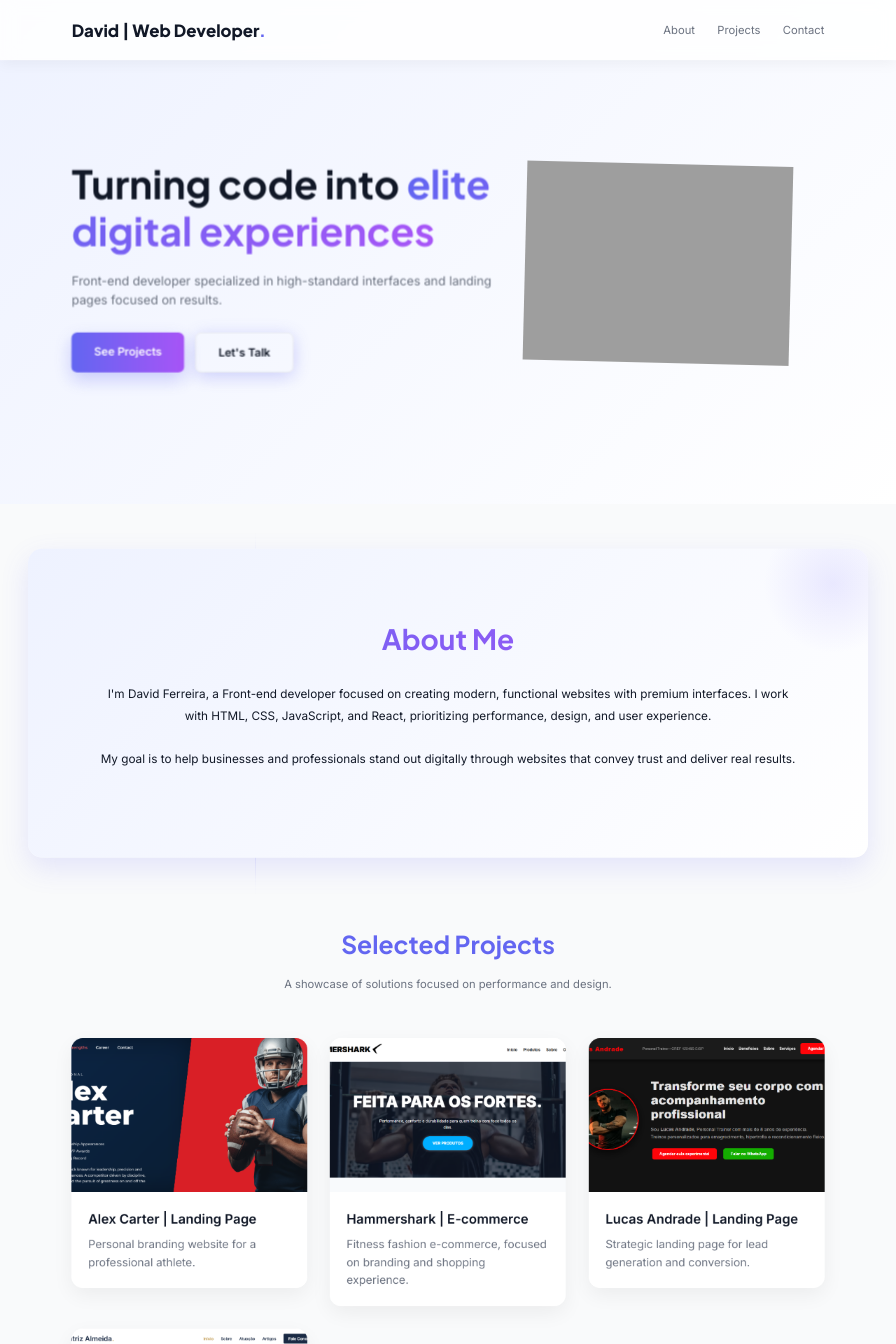
Repository: davidfsillva/portifolio
Page: index.html
The author's editor kept a copy of each file at every save. The page is drawn from the files as they stood at one save, then again after a run of saves.
The browser window is 1280 px wide. The pictures show the part of the page from y = 0 to 1920 px (the page is 2903 px tall), at 70% of full size.
Pictures or frames that could not be fetched are drawn as grey boxes.

Above is the page before, as saved 2026-02-11 15:57:07.
Console error: TypeError: Cannot read properties of null (reading 'addEventListener')

### index.html
<!DOCTYPE html>
<html lang="en">
<head>
    <meta charset="UTF-8">
    <meta name="viewport" content="width=device-width, initial-scale=1.0">

    <title>David Ferreira | Front-end Developer & Premium UI Designer</title>

    <!-- Primary SEO -->
    <meta name="description" content="David Ferreira is a front-end developer specialized in premium interfaces, high-conversion landing pages, and modern digital experiences.">
    <meta name="keywords" content="Front-end Developer, Web Designer, UI Designer, Landing Page, Web Development, Freelancer Brazil">
    <meta name="author" content="David Ferreira">
    <meta name="robots" content="index, follow">
    <link rel="canonical" href="https://yourdomain.com/">

    <!-- Open Graph (Facebook, LinkedIn) -->
    <meta property="og:title" content="David Ferreira | Premium Front-end Developer">
    <meta property="og:description" content="High-standard digital interfaces focused on performance and conversion.">
    <meta property="og:image" content="https://yourdomain.com/preview.jpg">
    <meta property="og:url" content="https://yourdomain.com/">
    <meta property="og:type" content="website">

    <!-- Twitter Card -->
    <meta name="twitter:card" content="summary_large_image">
    <meta name="twitter:title" content="David Ferreira | Web Developer">
    <meta name="twitter:description" content="Premium web development focused on performance and modern design.">
    <meta name="twitter:image" content="https://yourdomain.com/preview.jpg">

    <!-- Favicon -->
    <link rel="icon" href="favicon.ico" type="image/x-icon">

    <!-- Fonts -->
    <link href="https://fonts.googleapis.com/css2?family=Inter:wght@300;400;600&family=Plus+Jakarta+Sans:wght@700;800&display=swap" rel="stylesheet">

    <!-- Font Awesome -->
    <link rel="stylesheet" href="https://cdnjs.cloudflare.com/ajax/libs/font-awesome/6.5.0/css/all.min.css" integrity="sha512-..." crossorigin="anonymous" referrerpolicy="no-referrer" />

    <link rel="stylesheet" href="style.css">
</head>

<body>

    <!-- NAVBAR -->
    <nav class="navbar">
        <div class="logo"><a href="#">David | Web Developer<span>.</span></a></div>

        <ul class="nav-links">
            <li><a href="#about">About</a></li>
            <li><a href="#portfolio">Projects</a></li>
            <li><a href="#contact" class="btn-sm">Contact</a></li>
        </ul>
    </nav>

    <!-- HERO -->
    <section class="hero">
        <div class="hero-content">
            <h1>Turning code into <span>elite digital experiences</span></h1>
            <p>Front-end developer specialized in high-standard interfaces and landing pages focused on results.</p>
            <div class="hero-btns">
                <a href="#portfolio" class="btn-primary">See Projects</a>
                <a href="#contact" class="btn-secondary">Let's Talk</a>
            </div>
        </div>
        <div class="hero-visual">
            <div class="hero-glow"></div>
        </div>
    </section>

    <!-- ABOUT -->
    <section id="about" class="section">
        <h2>About Me</h2>
        <p>I'm David Ferreira, a Front-end developer focused on creating modern, functional websites with premium interfaces. I work with HTML, CSS, JavaScript, and React, prioritizing performance, design, and user experience.</p>
        <p>My goal is to help businesses and professionals stand out digitally through websites that convey trust and deliver real results.</p>
    </section>

    <!-- PORTFOLIO -->
    <section id="portfolio" class="portfolio">
        <div class="section-header">
            <h2>Selected Projects</h2>
            <p>A showcase of solutions focused on performance and design.</p>
        </div>
        <div class="portfolio-grid">
            <!-- Project 1 -->
            <a href="https://davidfsillva.github.io/Alex-Carter/" target="_blank" class="project-link">
                <div class="project-card">
                    <div class="card-image">
                        <img src="img/alex.png" alt="Alex Carter Project">
                        <div class="card-overlay"><span>View Details</span></div>
                    </div>
                    <div class="card-info">
                        <h3>Alex Carter | Landing Page</h3>
                        <p>Personal branding website for a professional athlete.</p>
                    </div>
                </div>
            </a>

            <!-- Project 2 -->
            <a href="https://davidfsillva.github.io/e-hammershark/" target="_blank" class="project-link">
                <div class="project-card">
                    <div class="card-image">
                        <img src="img/ecomerce.png" alt="Hammershark Project">
                        <div class="card-overlay"><span>View Details</span></div>
                    </div>
                    <div class="card-info">
                        <h3>Hammershark | E-commerce</h3>
                        <p>Fitness fashion e-commerce, focused on branding and shopping experience.</p>
                    </div>
                </div>
            </a>

            <!-- Project 3 -->
            <a href="https://davidfsillva.github.io/landing-page/" target="_blank" class="project-link">
                <div class="project-card">
                    <div class="card-image">
                        <img src="img/landingpage.png" alt="Landing Page Project">
                        <div class="card-overlay"><span>View Details</span></div>
                    </div>
                    <div class="card-info">
                        <h3>Lucas Andrade | Landing Page</h3>
                        <p>Strategic landing page for lead generation and conversion.</p>
                    </div>
                </div>
            </a>

            <!-- Project 4 -->
            <a href="https://davidfsillva.github.io/beatriz-almeida-adv/" target="_blank" class="project-link">
                <div class="project-card">
                    <div class="card-image">
                        <img src="img/adv.png" alt="Beatriz Almeida Law Firm Project">
                        <div class="card-overlay"><span>View Details</span></div>
                    </div>
                    <div class="card-info">
                        <h3>Beatriz Almeida Law Firm | Institutional Website</h3>
                        <p>Institutional website conveying authority and trust.</p>
                    </div>
                </div>
            </a>
        </div>
    </section>

    <!-- CTA / CONTACT -->
    <section id="contact" class="cta-section">
        <h2>Ready to elevate your digital presence?</h2>
        <p>Turn your idea into a high-standard digital interface.</p>
        <a href="https://wa.me/5511990242453" target="_blank" class="btn-whatsapp">Start a WhatsApp Conversation</a>
    </section>

    <!-- FOOTER -->
    <footer>
        <div class="footer-content">
            <p>&copy; 2026 David Ferreira. All rights reserved.</p>
            <div class="social-links">
                <a href="mailto:davidfsillva@icloud.com" target="_blank" rel="noopener noreferrer"><i class="fa-solid fa-envelope"></i></a>
                <a href="https://www.instagram.com/david_websites?igsh=MWdmZWJ3MW80N3JsNQ==" target="_blank" rel="noopener noreferrer"><i class="fa-brands fa-instagram"></i></a>
            </div>
        </div>
    </footer>

    <script src="scripts.js"></script>
</body>
</html>

### style.css
:root {
  --primary: #6366f1;
  --primary-light: #818cf8;
  --accent: #a855f7;
  --text-dark: #111827;
  --text-light: #6b7280;
  --bg-light: #f9fafb;
  --white: #ffffff;
  --transition: all 0.3s ease;
}

/* RESET */
* {
  margin: 0;
  padding: 0;
  box-sizing: border-box;
}

html {
  scroll-behavior: smooth;   /* já tinha */
  scroll-padding-top: 70px; /* ajuste esse valor para altura da navbar */
}


body {
  font-family: 'Inter', sans-serif;
  background: var(--bg-light);
  color: var(--text-dark);
  line-height: 1.6;
  animation: fadePage 0.8s ease-in-out;
}

@keyframes fadePage {
  from { opacity: 0; transform: translateY(10px); }
  to { opacity: 1; transform: translateY(0); }
}

/* NAVBAR */
.navbar {
  position: fixed;
  width: 100%;
  top: 0;
  padding: 1.5rem 8%;
  display: flex;
  justify-content: space-between;
  align-items: center;
  background: rgba(255,255,255,0.85);
  backdrop-filter: blur(12px);
  box-shadow: 0 4px 20px rgba(0,0,0,0.05);
  z-index: 1000;
  transition: var(--transition);
}

.logo {
  font-family: 'Plus Jakarta Sans', sans-serif;
  font-weight: 800;
  font-size: 1.5rem;
}

.logo a {
  text-decoration: none;   /* remove o sublinhado */
  color: var(--text-dark); /* cor principal da logo */
  font-weight: 800;
  font-size: 1.5rem;
}

.logo a span {
  color: var(--primary);   /* deixa apenas o ponto colorido */
}


.logo span {
  color: var(--primary);
}

.nav-links {
  display: flex;
  list-style: none;
  gap: 2rem;
}

.nav-links a {
  text-decoration: none;
  color: var(--text-light);
  font-weight: 500;
  transition: var(--transition);
}

.nav-links a:hover {
  color: var(--primary);
  transform: translateY(-2px);
}

/* HERO */
.hero {
  min-height: 100vh;
  padding: 120px 8% 80px; /* aumentei de 60px para 80px */
  display: flex;
  align-items: center;
  justify-content: space-between;
  background: linear-gradient(135deg, #eef2ff, #ffffff);
  flex-wrap: wrap;
}

.hero-content {
  max-width: 600px;
  animation: heroFade 1s ease 0.2s both;
}

@keyframes heroFade {
  from { opacity: 0; transform: translateY(40px); }
  to { opacity: 1; transform: translateY(0); }
}

.badge {
  display: inline-block;
  padding: 0.5rem 1rem;
  background: rgba(99,102,241,0.1);
  color: var(--primary);
  border-radius: 20px;
  font-size: 0.8rem;
  font-weight: 600;
  margin-bottom: 1.5rem;
}

.hero h1 {
  font-family: 'Plus Jakarta Sans', sans-serif;
  font-size: clamp(2rem, 5vw, 3.5rem);
  line-height: 1.2;
  margin-bottom: 1.5rem;
}

.hero h1 span {
  background: linear-gradient(90deg, var(--primary), var(--accent));
  -webkit-background-clip: text;
  -webkit-text-fill-color: transparent;
}

.hero p {
  font-size: 1.1rem;
  color: var(--text-light);
  margin-bottom: 2rem;
}

/* BUTTONS */
.btn-primary,
.btn-secondary,
.btn-whatsapp {
  display: inline-block;
  padding: 0.9rem 2rem;
  border-radius: 8px;
  text-decoration: none;
  font-weight: 600;
  transition: all 0.3s ease;
  position: relative;
  overflow: hidden;
}

.btn-primary {
  background: linear-gradient(90deg, var(--primary), var(--accent));
  color: white;
  box-shadow: 0 10px 25px rgba(99,102,241,0.3);
}

.btn-primary:hover {
  transform: translateY(-4px) scale(1.03);
}

.btn-primary:active {
  transform: scale(0.96);
}

.btn-primary::after {
  content: "";
  position: absolute;
  width: 200%;
  height: 200%;
  background: radial-gradient(circle, rgba(255,255,255,0.4), transparent 60%);
  top: -50%;
  left: -50%;
  opacity: 0;
  transition: opacity 0.4s ease;
}

.btn-primary:hover::after {
  opacity: 1;
}

.btn-secondary {
  border: 1px solid #e5e7eb;
  color: var(--text-dark);
  margin-left: 1rem;
  box-shadow: 0 5px 25px rgba(99,102,241,0.3);

}

.btn-secondary:hover {
  background: #f3f4f6;
  transform: translateY(-4px);
}

.btn-secondary:active {
  transform: scale(0.96);
}

.btn-whatsapp {
  background: linear-gradient(90deg, #25d366, #1ebe57);
  color: white;
  padding: 1rem 2rem;
  border-radius: 8px;
  font-weight: 600;
  transition: var(--transition);
}

.btn-whatsapp:hover {
  transform: translateY(-3px) scale(1.03);
  box-shadow: 0 8px 20px rgba(37,211,102,0.4);
}

.btn-whatsapp:active {
  transform: scale(0.96);
}

.hero-btns {
  display: flex;
  flex-wrap: wrap;
}

#about {
  text-align: center;
  max-width: 1200px;
  margin: 4rem auto 0; /* adiciona mais distância do Hero */
  padding: 6rem 8%;
  background: linear-gradient(135deg, #eef2ff 0%, #ffffff 100%);
  border-radius: 20px;
  box-shadow: 0 15px 40px rgba(99,102,241,0.15);
  position: relative;
  overflow: hidden;
}

#about::before {
  content: "";
  position: absolute;
  width: 200px;
  height: 200px;
  background: radial-gradient(circle, rgba(163,155,253,0.2), transparent 70%);
  top: -50px;
  right: -50px;
  border-radius: 50%;
  z-index: 0;
  animation: pulseGlow 6s infinite ease-in-out;
}

#about h2 {
  font-family: 'Plus Jakarta Sans', sans-serif;
  font-size: clamp(2rem, 4vw, 2.5rem);
  margin-bottom: 2rem;
  position: relative;
  z-index: 1;
  background: linear-gradient(90deg, var(--primary), var(--accent));
  -webkit-background-clip: text;
  -webkit-text-fill-color: transparent;
}

#about p {
  font-size: 1.05rem;
  line-height: 1.9;
  color: var(--text-dark);
  margin-bottom: 1.8rem;
  position: relative;
  z-index: 1;
  opacity: 0;
  transform: translateY(20px);
  animation: fadeUp 1s forwards;
  animation-delay: 0.3s;
}

/* Animação suave */
@keyframes fadeUp {
  to {
    opacity: 1;
    transform: translateY(0);
  }
}



/* HERO VISUAL */
.hero-visual {
  flex: 1;
  min-height: 400px;
  display: flex;
  justify-content: center;
  align-items: center;
}

.hero-glow {
  width: 380px;
  height: 380px;
  background: url('img/dashboard.png') no-repeat center center;
  background-size: contain;
  animation: float-rotate 8s ease-in-out infinite;
}

@keyframes float-rotate {
  0%   { transform: translateY(0px) rotate(0deg); }
  50%  { transform: translateY(-10px) rotate(3deg); }
  100% { transform: translateY(0px) rotate(0deg); }
}

/* PORTFOLIO */
.portfolio {
  padding: 6rem 8%;
}

.section-header {
  text-align: center;
  margin-bottom: 4rem;
}

.section-header h2 {
  font-family: 'Plus Jakarta Sans', sans-serif;
  font-size: 2.2rem;
  margin-bottom: 1rem;
  color: var(--primary)
}

.section-header p {
  color: var(--text-light);
}

.portfolio-grid {
  display: grid;
  grid-template-columns: repeat(auto-fit, minmax(280px, 1fr));
  gap: 2rem;
}

.project-card {
  background: var(--white);
  border-radius: 16px;
  overflow: hidden;
  box-shadow: 0 10px 30px rgba(0,0,0,0.06);
  cursor: pointer;
  transition: transform 0.4s ease, box-shadow 0.4s ease;
  will-change: transform;
}

.project-card:hover {
  transform: translateY(-12px) scale(1.03);
  box-shadow: 0 25px 50px rgba(99,102,241,0.2);
}

.card-image {
  position: relative;
  overflow: hidden;
}

.card-image img {
  width: 100%;
  height: 220px;
  object-fit: cover;
  display: block;
  transition: transform 0.6s ease;
}

.project-card:hover .card-image img {
  transform: scale(1.08);
}

.card-overlay {
  position: absolute;
  inset: 0;
  background: rgba(99,102,241,0.8);
  display: flex;
  justify-content: center;
  align-items: center;
  color: white;
  font-weight: 600;
  opacity: 0;
  transition: opacity 0.4s ease;
}

.project-card:hover .card-overlay {
  opacity: 1;
}

.card-info {
  padding: 1.5rem;
}

.card-info h3 {
  margin-bottom: 0.5rem;
}

.card-info p {
  color: var(--text-light);
}

.project-link {
  text-decoration: none;
  color: inherit;
  display: block;
}


/* CTA */
.cta-section {
  padding: 5rem 8%;
  text-align: center;
  background: linear-gradient(135deg, #eef2ff, #ffffff);
}

/* FOOTER */
footer {
  padding: 3rem 5%;
  background: linear-gradient(135deg, #eef2ff, #ffffff); /* leve gradiente */
  border-top: 1px solid rgba(99,102,241,0.2); /* linha discreta */
  text-align: center;
  border-radius: 20px 20px 0 0;
  box-shadow: 0 -4px 20px rgba(99,102,241,0.05);
}

.footer-content {
  display: flex;
  flex-direction: column;
  align-items: center;
  gap: 1.5rem; /* aumenta espaço entre elementos */
}

.footer-content p {
  color: var(--text-dark);
  font-weight: 450;
  font-size: 1rem;
}

.social-links {
  display: flex;
  gap: 1rem; /* distância entre ícones */
}

.social-links a {
  color: var(--primary);
  padding: 0.6rem;
  border-radius: 30%; /* círculo perfeito */
  font-size: 1.2rem;
  display: flex;
  justify-content: center;
  align-items: center;
  transition: all 0.3s ease;
  text-decoration: none;
}

.social-links a:hover {
  transform: translateY(-3px) scale(1.1);
  color: var(--primary);
}


.cta-section p {
  color: var(--text-light);
  margin-bottom: 2.5rem; /* aumenta espaço abaixo do texto */
}

.btn-whatsapp {
  display: inline-block;
  background: #25d366;
  color: white;
  padding: 1rem 2rem;
  border-radius: 8px;
  text-decoration: none;
  font-weight: 600;
  transition: var(--transition);
  margin-top: 0.5rem; /* pequeno respiro extra */
}


/* MODAL */
.modal-overlay {
  position: fixed;
  inset: 0;
  background: rgba(0,0,0,0.6);
  display: none;
  justify-content: center;
  align-items: center;
  padding: 2rem;
  z-index: 2000;
}

.modal-content {
  background: white;
  width: 100%;
  max-width: 900px;
  border-radius: 20px;
  overflow: hidden;
  animation: modalZoom 0.4s cubic-bezier(.23,1,.32,1);
  position: relative;
}

@keyframes modalZoom {
  from { opacity: 0; transform: scale(0.85) translateY(20px); }
  to { opacity: 1; transform: scale(1) translateY(0); }
}

.modal-body {
  display: grid;
  grid-template-columns: 1fr 1fr;
}

.modal-img {
  min-height: 300px;
  background-size: cover !important;
}

.modal-text {
  padding: 2rem;
}

.close-modal {
  position: absolute;
  top: 20px;
  right: 25px;
  background: none;
  border: none;
  font-size: 2rem;
  cursor: pointer;
  transition: transform 0.3s ease;
}

.close-modal:hover {
  transform: rotate(90deg);
}

/* RESPONSIVO */
/* =====================
   RESPONSIVIDADE
===================== */

/* Para telas até 900px */
@media (max-width: 900px) {
  html, body {
    overflow-x: hidden; /* remove rolagem lateral */
  }

  .hero {
    flex-direction: column;
    text-align: center;
    padding: 100px 5% 60px; /* garante espaçamento interno */
    width: 100%; /* força largura total */
  }

  .hero-left,
  .hero-right,
  .hero-visual {
    width: 100%;
    max-width: 100%;
    margin: 0 auto; /* centraliza horizontalmente */
  }

  .hero-btns {
    display: flex;
    justify-content: center;
    align-items: center;
    gap: 1rem;
    flex-wrap: wrap;
    margin: 0 auto;
  }

  .hero-btns a {
    margin: 0; /* remove margens extras que possam deslocar os botões */
  }

  .portfolio,
  .cta-section {
    padding: 4rem 5%;
    width: 100%;
    max-width: 100%;
    margin: 0 auto;
  }
}

/* Para telas até 600px */
@media (max-width: 600px) {
  html, body {
    overflow-x: hidden; /* garante sem scroll lateral */
  }

  .navbar {
    padding: 1rem 5%;
    width: 100%;
    max-width: 100%;
    margin: 0 auto;
  }

  .nav-links {
    display: none;
  }

  .hero {
    padding: 80px 5% 40px;
    width: 100%;
  }

  .hero-btns {
    justify-content: center;
    gap: 1rem;
    flex-wrap: wrap;
  }

  .portfolio,
  .cta-section {
    padding: 3rem 5%;
  }

  footer {
    padding: 2rem 5%;
    width: 100%;
  }

  .footer-content {
    flex-direction: column;
    text-align: center;
    width: 100%;
  }

  .social-links a {
    margin: 0 0.5rem;
  }

  /* imagens e vídeos dentro do hero */
  .hero img,
  .hero video {
    max-width: 100%;
    height: auto;
    display: block;
    margin: 0 auto;
  }
}

### scripts.js
// =============================
// NAVBAR SCROLL EFFECT
// =============================
const navbar = document.querySelector(".navbar");

window.addEventListener("scroll", () => {
  if (window.scrollY > 50) {
    navbar.style.padding = "1rem 8%";
    navbar.style.boxShadow = "0 8px 25px rgba(0,0,0,0.08)";
  } else {
    navbar.style.padding = "1.5rem 8%";
    navbar.style.boxShadow = "0 4px 20px rgba(0,0,0,0.05)";
  }
});

// =============================
// MODAL FUNCTIONALITY
// =============================
const modal = document.querySelector(".modal-overlay");
const modalImg = document.querySelector(".modal-img");
const modalTitle = document.querySelector(".modal-text h3");
const modalDesc = document.querySelector(".modal-text p");
const closeModal = document.querySelector(".close-modal");

const projectCards = document.querySelectorAll(".project-card");

projectCards.forEach(card => {
  card.addEventListener("click", () => {
    const title = card.querySelector("h3").innerText;
    const desc = card.querySelector("p").innerText;
    const img = card.querySelector("img").src;

    modalTitle.innerText = title;
    modalDesc.innerText = desc;
    modalImg.style.backgroundImage = `url(${img})`;

    modal.style.display = "flex";
    document.body.style.overflow = "hidden";
  });
});

// Fechar modal
closeModal.addEventListener("click", () => {
  modal.style.display = "none";
  document.body.style.overflow = "auto";
});

// Fechar clicando fora
modal.addEventListener("click", (e) => {
  if (e.target === modal) {
    modal.style.display = "none";
    document.body.style.overflow = "auto";
  }
});

// Fechar com ESC
document.addEventListener("keydown", (e) => {
  if (e.key === "Escape") {
    modal.style.display = "none";
    document.body.style.overflow = "auto";
  }
});

// =============================
// SCROLL REVEAL ANIMATION
// =============================
const revealElements = document.querySelectorAll(
  ".hero-content, .project-card, .section-header, .cta-section"
);

const observer = new IntersectionObserver(
  (entries) => {
    entries.forEach(entry => {
      if (entry.isIntersecting) {
        entry.target.style.opacity = "1";
        entry.target.style.transform = "translateY(0)";
      }
    });
  },
  { threshold: 0.2 }
);

revealElements.forEach(el => {
  el.style.opacity = "0";
  el.style.transform = "translateY(40px)";
  el.style.transition = "all 0.8s ease";
  observer.observe(el);
});

// =============================
// BUTTON MICRO INTERACTION
// =============================
const buttons = document.querySelectorAll(".btn-primary, .btn-secondary, .btn-whatsapp");

buttons.forEach(btn => {
  btn.addEventListener("mouseenter", () => {
    btn.style.transform = "scale(1.05)";
  });

  btn.addEventListener("mouseleave", () => {
    btn.style.transform = "scale(1)";
  });
});

After the next 2 saves:
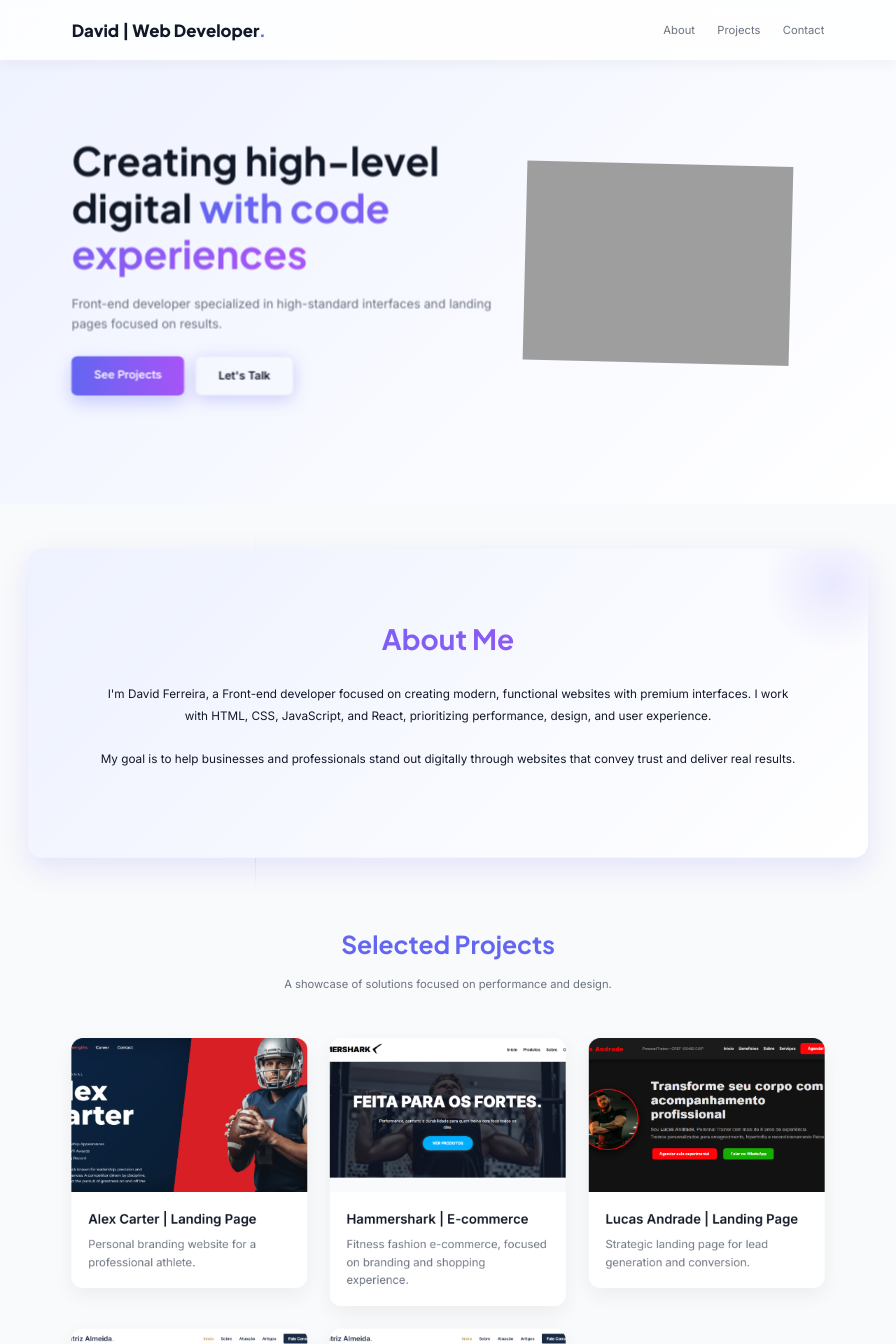
The 2 saves are shown as one change because they came seconds apart.
The last was saved 2 h 42 min later.
--- a/index.html
+++ b/index.html
@@ -54,7 +54,7 @@
     <!-- HERO -->
     <section class="hero">
         <div class="hero-content">
-            <h1>Turning code into <span>elite digital experiences</span></h1>
+            <h1>Creating high-level digital <span> with code experiences</span></h1>
             <p>Front-end developer specialized in high-standard interfaces and landing pages focused on results.</p>
             <div class="hero-btns">
                 <a href="#portfolio" class="btn-primary">See Projects</a>
@@ -135,6 +135,20 @@
                     </div>
                 </div>
             </a>
+
+                        <!-- Project 4 -->
+            <a href="https://davidfsillva.github.io/beatriz-almeida-adv/" target="_blank" class="project-link">
+                <div class="project-card">
+                    <div class="card-image">
+                        <img src="img/adv.png" alt="Beatriz Almeida Law Firm Project">
+                        <div class="card-overlay"><span>View Details</span></div>
+                    </div>
+                    <div class="card-info">
+                        <h3>Beatriz Almeida Law Firm | Institutional Website</h3>
+                        <p>Institutional website conveying authority and trust.</p>
+                    </div>
+                </div>
+            </a>
         </div>
     </section>
 
